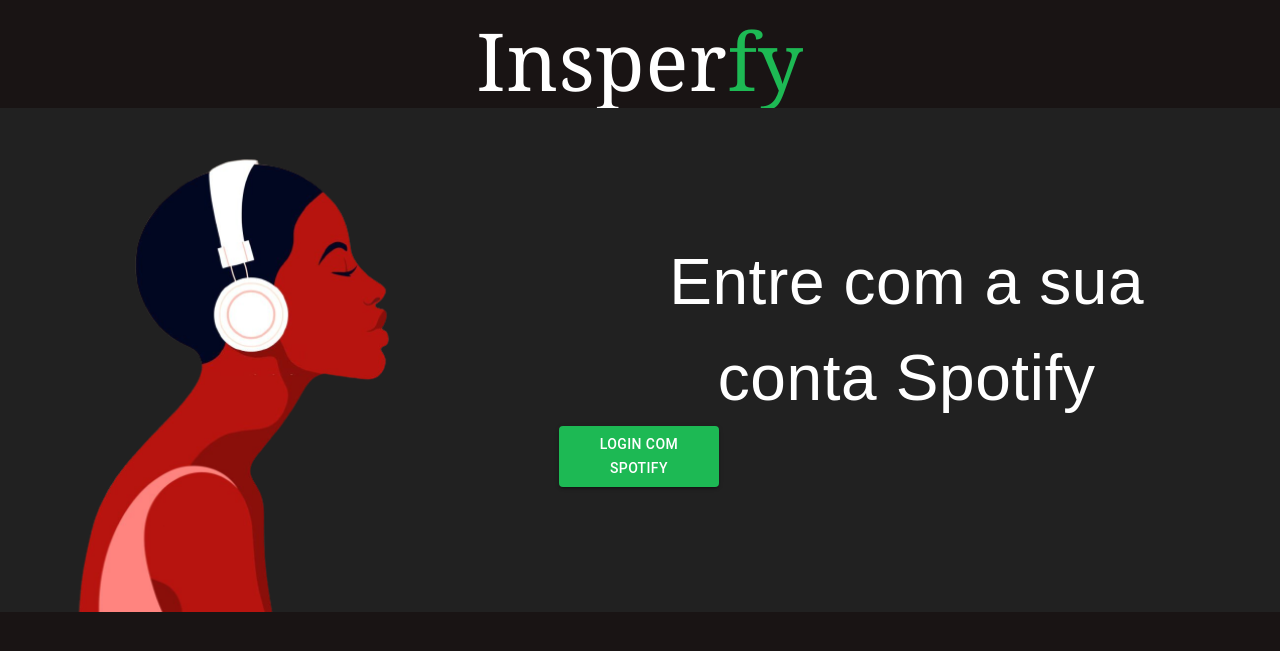
Repository: insper-tecnologias-web/projeto-3-projeto-3
Page: / (app in insperfy/)
These files come from the project's save history. The page is drawn as it stood at one moment and after a run of saves; the edit follows.
The browser window is 1280 px wide. The pictures show the whole page.
Some web fonts or font styles are not loaded; a fallback is used. The project was rebuilt for these pictures with package versions that can differ from the ones it lists, and the page was loaded fresh each time.

Above is the page before, as saved 2022-05-30 19:20:40.

After the next 2 saves:
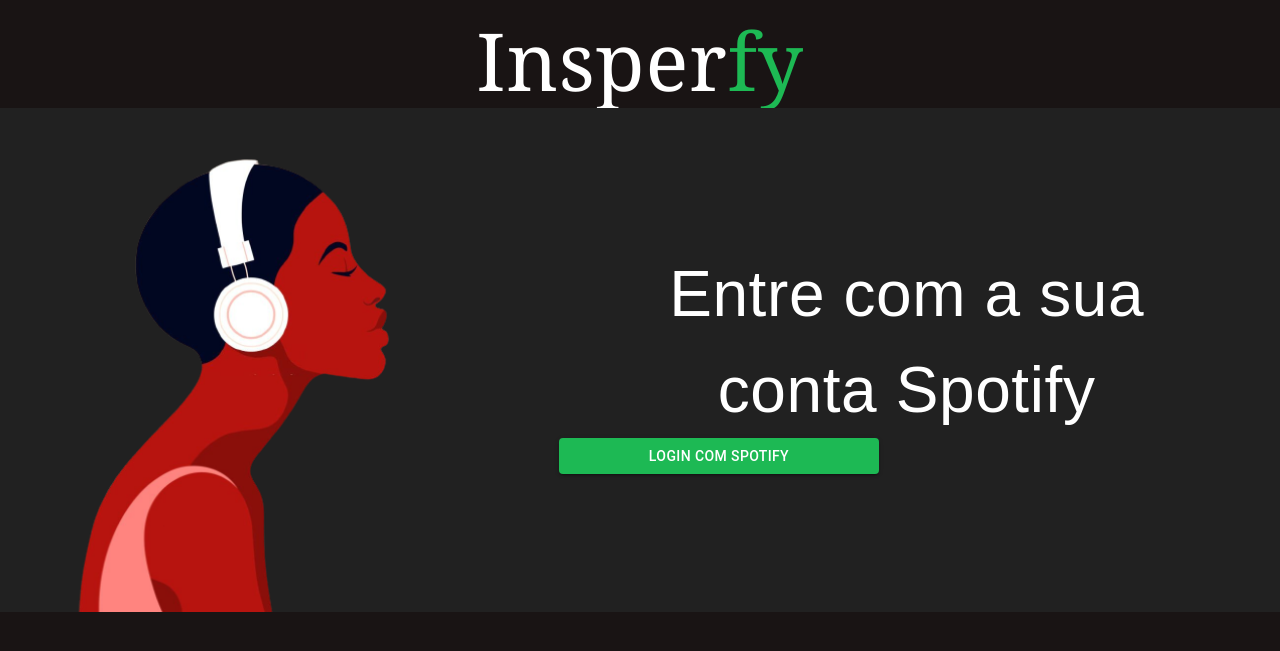
The 2 saves are shown as one change because they came seconds apart.
The last was saved 6 s later.
--- a/insperfy/src/components/Insperfy/paginaLogin.js
+++ b/insperfy/src/components/Insperfy/paginaLogin.js
@@ -21,7 +21,7 @@
                     <Grid container item direction="column" align="center" xs={7} sx={{ height: "100%", padding:"2%", justifyContent:"center" }}>
                         <Typography sx={{ fontFamily: "Gotham, sans-serif", fontSize: "4rem", color: "white" }}>Entre com a sua </Typography>
                         <Typography sx={{ fontFamily: "Gotham, sans-serif", fontSize: "4rem", color: "white" }}>conta Spotify</Typography>
-                        <Button variant="contained" sx={{backgroundColor:"var(--green)", width: "10rem"}}>Login com Spotify</Button>
+                        <Button variant="contained" sx={{backgroundColor:"var(--green)", width: "20rem"}}>Login com Spotify</Button>
                     </Grid>
                 </Grid>
 
